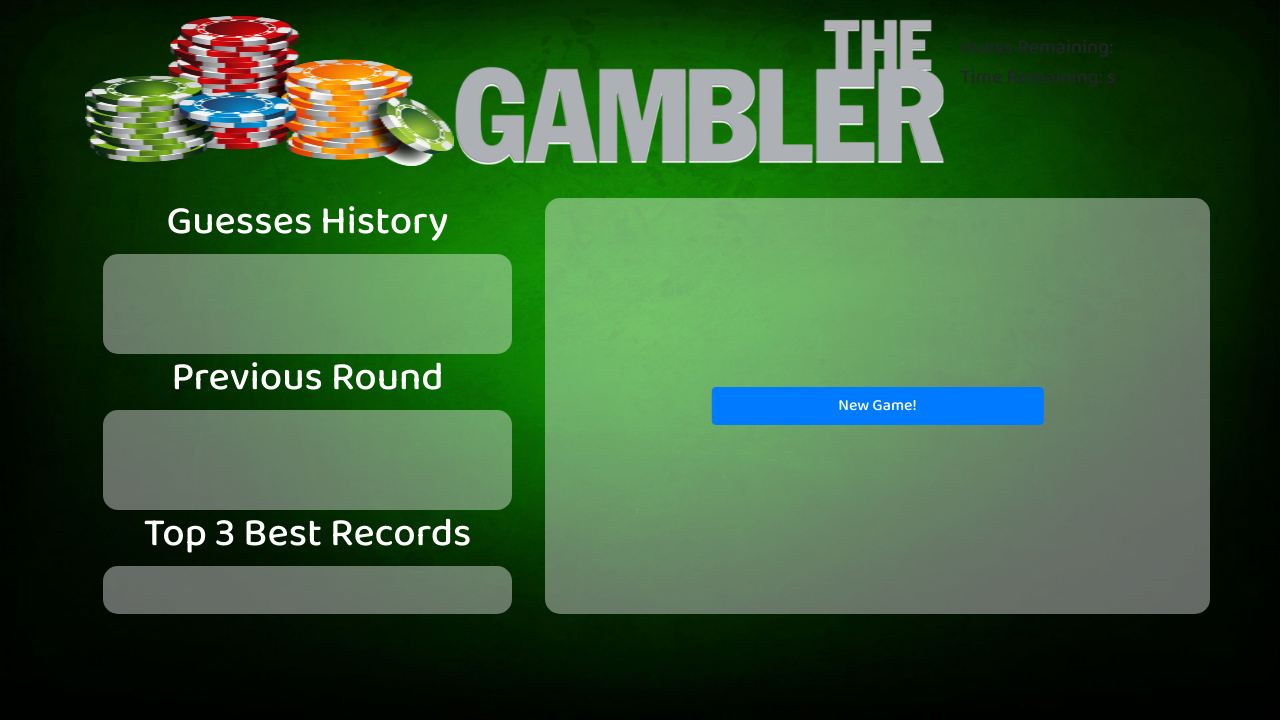
Repository: tts2610/TheCheapShootingGame
Page: index.html
An editor plug-in stored every save of this project. The page is shown before and after the next save, followed by the edit.
The browser window is 1280 px wide. The pictures show the whole page.

Above is the page before, as saved 2020-05-15 12:21:50.

After the next save:
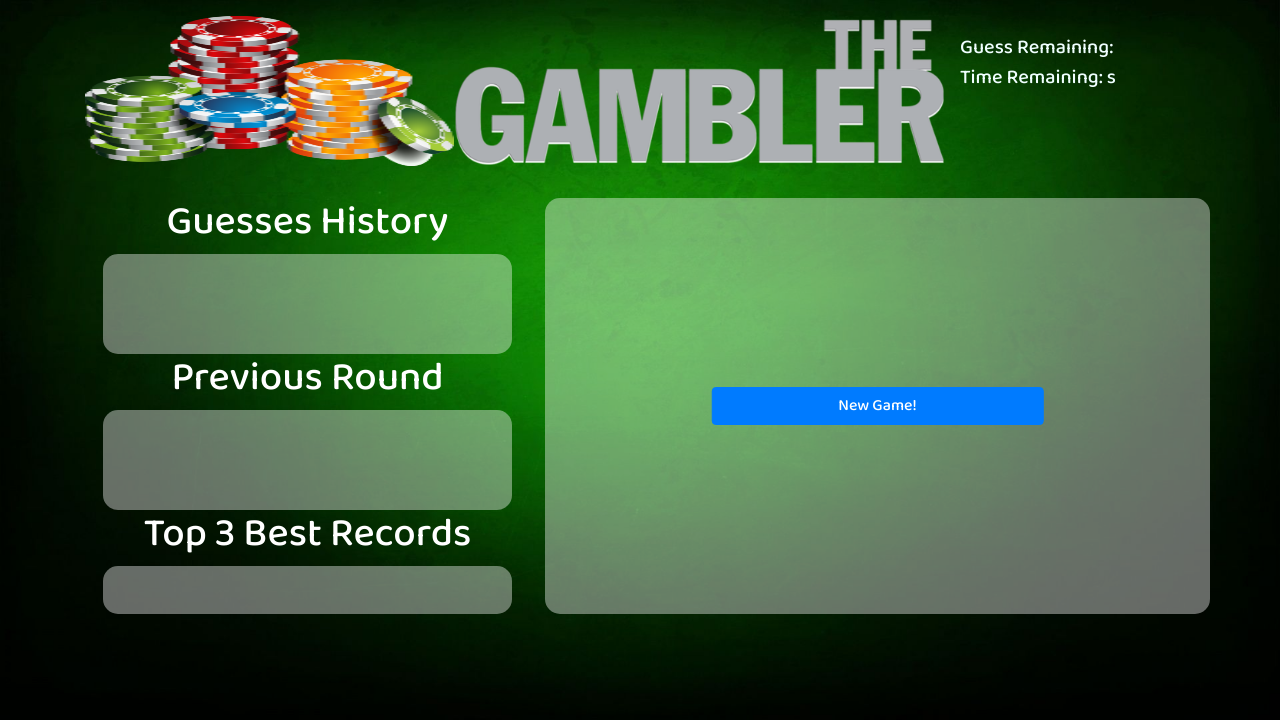
Saved 21 s later.
--- a/index.html
+++ b/index.html
@@ -32,7 +32,7 @@
             <img class="center mb-3" src="img/chips.png" width="auto" height="150">
             <img class="center mb-3" src="img/gambler.png" width="auto" height="150">
             <!-- <img class="center mb-3" src="img/cards.png" width="auto" height="150"> -->
-            <div class="result my-3" style="min-width:250px ; height: 150px; font-size: 20px;">
+            <div class="result my-3" style="min-width:250px ; height: 150px; font-size: 20px; color: azure;">
                 <div class="col">Guess Remaining:
                     <span id="guessRemaining"></span>
                 </div>
